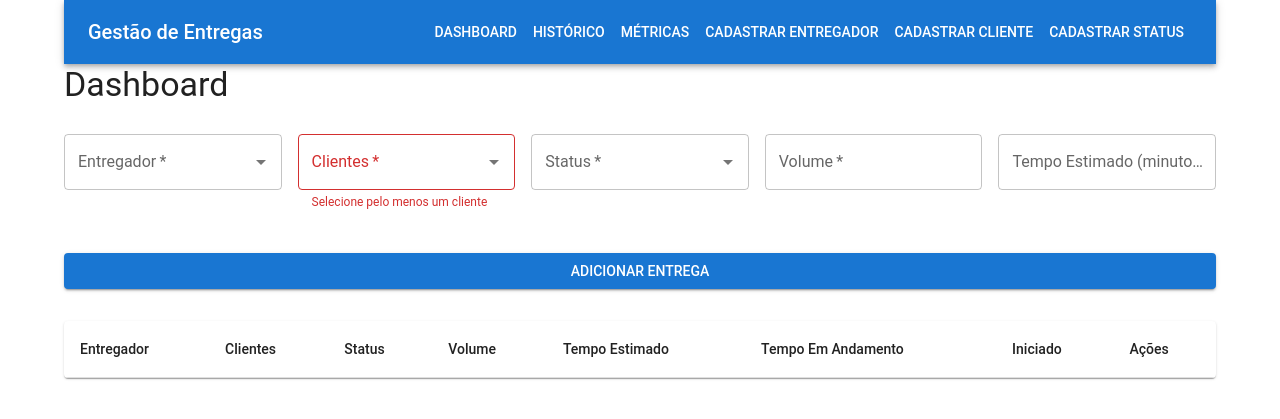
Repository: feliperanon/mobilegestao
Page: /dashboard (app in frontend/)
These files come from the project's save history. The page is drawn as it stood at one moment and after the next save; the edit follows.
The browser window is 1280 px wide. The pictures show the whole page.
The page's requests for data from a server got no answer. The project was rebuilt for these pictures with package versions that can differ from the ones it lists, and the page was loaded fresh each time. No one was signed in, and anything a server would have sent is missing. Also part of the build but not shown: frontend/webpack.config.js, frontend/src/pages/Home.js, frontend/src/pages/History.js, frontend/src/pages/Analysis.js, frontend/src/components/Login.js, frontend/src/components/Register.js, frontend/src/components/AddEntregador.js, frontend/src/components/AddCliente.js and 2 more.

Above is the page before, as saved 2024-07-20 19:54:01.

After the next save:
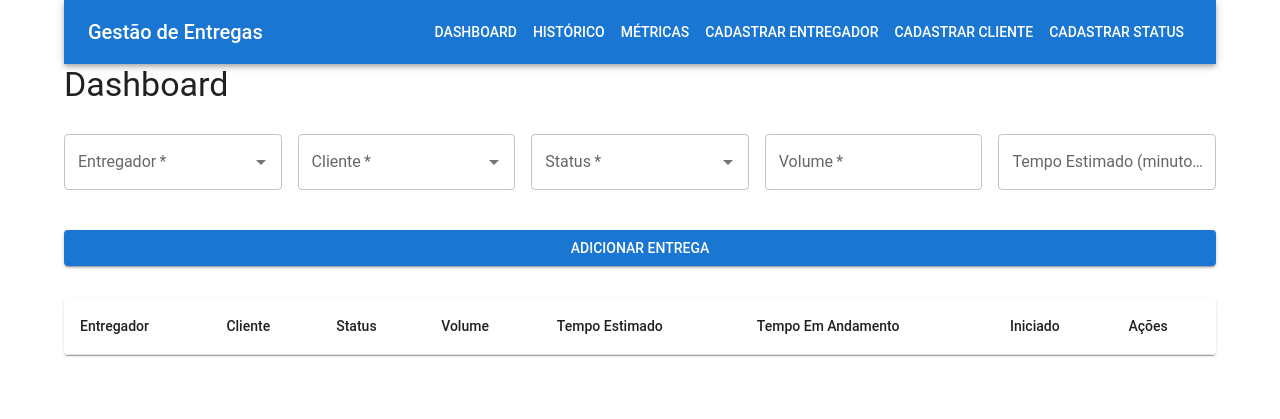
Saved 8 s later.
--- a/frontend/src/components/Dashboard.js
+++ b/frontend/src/components/Dashboard.js
@@ -136,8 +136,7 @@ const Dashboard = () => {
       await axios.delete(`http://localhost:5008/api/deliveries/${id}`);
       const updatedDeliveries = deliveries.filter((delivery) => delivery._id !== id);
       setDeliveries(updatedDeliveries);
-      setDeleteDialogOpen(false);
-      setDeleteDeliveryId(null);
+      closeDeleteDialog();
     } catch (err) {
       console.error(err);
     }
@@ -149,15 +148,15 @@ const Dashboard = () => {
     setEditDialogOpen(true);
   };
 
+  const openDeleteDialog = (id) => {
+    setDeleteDeliveryId(id);
+    setDeleteDialogOpen(true);
+  };
+
   const closeEditDialog = () => {
     setEditDialogOpen(false);
     setEditDeliveryId(null);
     setEditEntregador(null);
-  };
-
-  const openDeleteDialog = (id) => {
-    setDeleteDeliveryId(id);
-    setDeleteDialogOpen(true);
   };
 
   const closeDeleteDialog = () => {
@@ -186,7 +185,7 @@ const Dashboard = () => {
           getOptionLabel={(option) => option.nome}
           value={selectedClientes}
           onChange={(event, newValue) => setSelectedClientes(newValue)}
-          renderInput={(params) => <TextField {...params} label="Clientes" margin="normal" fullWidth required error={selectedClientes.length === 0} helperText={selectedClientes.length === 0 ? 'Selecione pelo menos um cliente' : ''} />}
+          renderInput={(params) => <TextField {...params} label="Cliente" margin="normal" fullWidth required />}
           sx={{ flex: 1 }}
         />
         <Autocomplete
@@ -226,7 +225,7 @@ const Dashboard = () => {
           <TableHead>
             <TableRow>
               <TableCell>Entregador</TableCell>
-              <TableCell>Clientes</TableCell>
+              <TableCell>Cliente</TableCell>
               <TableCell>Status</TableCell>
               <TableCell>Volume</TableCell>
               <TableCell>Tempo Estimado</TableCell>
@@ -239,7 +238,7 @@ const Dashboard = () => {
             {deliveries.map((delivery) => (
               <TableRow key={delivery._id}>
                 <TableCell>{delivery.entregador}</TableCell>
-                <TableCell>{delivery.cliente.join(', ')}</TableCell>
+                <TableCell>{delivery.cliente.join(', ')}</TableCell> {/* Tratamento como array */}
                 <TableCell>{delivery.status}</TableCell>
                 <TableCell>{delivery.volume}</TableCell>
                 <TableCell>{delivery.tempoEstimado}</TableCell>
